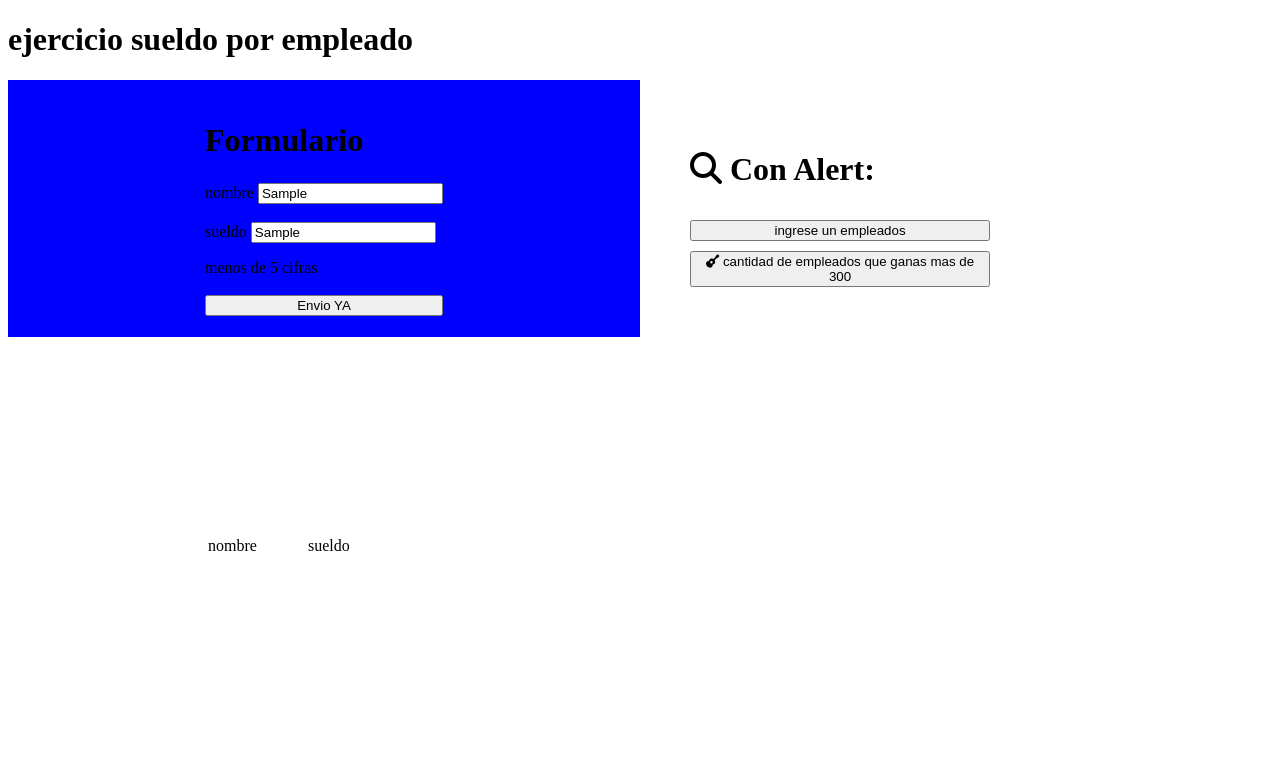
Repository: wolfmarcos/Ej-FormSesionEmpleados
Page: index.html
An editor plug-in stored every save of this project. The page is shown before and after the next save, followed by the edit.
The browser window is 1280 px wide. The pictures show the whole page.
Empty fields were first filled with sample values (such as "Sample", 5 or name@example.com).
After loading, the first visible `#form` was submitted once.
Some web libraries are served in a nearby version.

Above is the page before, as saved 2022-07-31 04:17:44.

### index.html
<!DOCTYPE html>
<html lang="en">

<head>
    <script src="https://kit.fontawesome.com/708068a0d3.js" crossorigin="anonymous"></script>
    <meta charset="UTF-8">
    <meta http-equiv="X-UA-Compatible" content="IE=edge">
    <meta name="viewport" content="width=device-width, initial-scale=1.0">
    <link rel="stylesheet" href="ej1.css">

    <title>Document</title>
</head>


    <h1>ejercicio sueldo por empleado</h1>
<header>



    <form  class="forms"  id="form" name="form" method="post">

    <h1>Formulario</h1>

    <div class="h">
        <leibel>nombre</leibel>
        <input id="nombres" type="text" maxlengt="10" placeholder="nombre" class="i"></imput>
        <p class="nota"></p>

    </div>
       <div class="h">

           <leibel>sueldo</leibel>
           <input id="sueldos" type="text" maxlengt="19" placeholder="sueldo" class="i" ></imput>
           <p class="nota"></p>

       </div>


        <input type="submit" value="Envio YA">
            <!-- <button type="submit" >ENVIAR</button> -->


    </form>





<div class="alet">

       <h1><i class="fa-solid fa-magnifying-glass"></i> Con Alert:</h1>

    <button id="agregarHTML">ingrese un empleados</button>

    <button id="empleadosMas300">
        <i class="fa-solid fa-guitar"></i>
        cantidad de empleados que ganas mas de 300 </button>



</div>




</header>
<main>
    <div class="contenedorR">
        <div>nombre</div>
        <div>sueldo</div>
        <div class="datos"></div>

    </div>

</main>
    <script src="ej1.js"></script>
</body>

<div>
    <br>




</div>



</html>

### ej1.css
header {
  display: grid;
  grid-template-columns: repeat(2, 1fr);

}

.contenedorR {
  display: grid;
  grid-template-columns: repeat(2, 100px);
  /* gap:10px */
  padding: 200px;
}

/* .ok .nota{display: none;} */
/* .ok letra{  border-bottom: solid 1px rgb(14, 148, 34);box-shadow: 1px 1px 3px 1px green;} */


/* .b input{border-bottom: solid 2px rgb(0, 0, 0)} */

.forms {
  display: grid;
  justify-content: center;
  align-items: center;
background-color: rgb(205, 255, 253);

}
/* .forms .nota{visibility: hidden;} */

/* .forms  .nota{  background-color: blueviolet;  } */
.alet {
  display: flex;
  flex-direction: column;
  /* align-items: flex-start */
  max-width: 300px;
  padding: 50px;
  gap: 10px;
}
 /* .d.h.nota{visibility: hidden;} */
/* .b.borde{border-bottom: solid 5px brown;} */
.d.h{
  background-color: blue;
  padding: 20px;
  margin: ;
  /* visibility: visible; */
  /* position: absolute;
  font-size: 20000px;
  font-weight: 500;
  text-align: right; */

}
.p.nota{visibility: visible;}


/* .forms.ok input {  border: 0.1px solid;  border-color: #08ffc8;} */
/* .agrega  {  background-color: blueviolet;  visibility: visible;  color:#e74c3c;} */

### ej1.js
// En una empresa trabajan n empleados cuyos  nombre y sueldo se carga por un formulario desde el celular. sueldos oscilan entre $100 y $500,
//  realizar un programa que lea los sueldos que cobra cada empleado e informe cuántos empleados cobran menos de  $200  en una tabla y mas de $300  en otra tabla
//  recuerde cargar los datos como  un nuevo objeto. Además el programa deberá informar el importe que gasta la empresa en sueldos total del personal.
let aprobados = 0;
let i = 0;
let repeticion = true;
resu = document.querySelector(".contenedorR2")

datos = document.querySelector(".datos")
// let arrayDesaprobados = []
const empleados = [];
let resud = "";
let nombres = document.querySelector("#nombres");
let sueldos = document.querySelector("#sueldos");

// reseteo
const forms=document.querySelector(".forms")

// email.conten(/\w+@+\./)

valdarCampos = (nombres,sueldos) => {


    let declaracion = true
    console.log(nombres.value)

    if (!nombres.value) {
        declaracion =  formNul(nombres, "llene los campos")
    }
    if (!sueldos.value) {
        declaracion = formNul(sueldos, "ingrese una cifra")
    } else {
        if (!isNaN(sueldos)) {
            declaracion = formNul(sueldos, "no es numero")
        }
    }
    if (sueldos.value.length > 4) {
        declaracion = formNul(sueldos, "menos de 5 cifras")
    }
       if (nombres.value.length > 10) {
        declaracion = formNul(nombres, "menos de 10 caracteres")
    }
    if (nombres.value.length < 3) {
        declaracion = formNul(nombres, "mas de 3 caracteres")
    }
    // if (nombre.test(".")) {alert("NO")}else{     error=1}
    if (/^[a-zA-Z0-9\_\-]{4,16}$/.test(nombres.value))
     {
        console.log("correcto"+/^[a-zA-Z0-9\_\-]{4,16}$/.test(nombres.value)) }
       else{ console.log("incorrecto:" + /^[a-zA-Z0-9\_\-]{4,16}$/.test(nombres.value));
        declaracion = formNul(nombres, "solo letra y numeros ")
    }
    console.log(declaracion)

    return (true == declaracion)
}

formNul = (inputs, error) => {
    const suPadre = inputs.parentElement
    const donde = suPadre.querySelector("p")
    // const errores=0  .agrega p
    donde.innerText = error;

    // donde.className = 'agrega'
    // donde.classList.add("agrega")
    suPadre.classList.add("p")
    return false
}
// // const remover=document.querySelector(".forms div")
// let nr2=remover[0].children
// let nr1=remover[1].children




forms.addEventListener("submit", (e) => {
    let verifica=true
    // nr1[1].classList.replace("borde","b")
    //  nr2[1].classList.replace("borde","b")
    // forms.classList.remove("p")
    forms.className = 'forms d h'

    //  forms.classList.add("p")
    // remover.classList.replace("borde","b")
    e.preventDefault();

     verifica = valdarCampos(nombres,sueldos);
    console.log("final :" + verifica)
    if (verifica) {
        nombre = nombres.value
        sueldo = sueldos.value


        //   empleados[i]=[nombre,sueldo,(i+"pepito") ] ;
        //  empleados[i].push(nombre,sueldo );


        //   localStorage
        empleados[i] = {
            nomebres: nombre,
            sueldos: sueldo,
            id: (i + "pepito")
        }
        sessionStorage.setItem(i, i++)
        sessionStorage.setItem('empleadoss', empleados)
        // repeticion=confirm("ingresar otro  empleado")
        //   Object.values()
        // empleados[0]=sessionStorage.getItem('empleadoss')


        console.log(empleados)
        console.log(sessionStorage.getItem(i))

        //  for (let cada of empleados){console.log(cada.sueldos);};
        //   localStorage.href="#"
        // location
        nombres.value="";
        sueldos.value="";
        // forms.classList.add("ok")
        // forms.classList.add("f")
    }
    // else {

    //     forms.classList.add("f")
    //   }








});







// let emp = new Empleados;
document.querySelector("#agregarHTML").addEventListener("click", (e) => {
    nombre = nombres.value
    sueldo = sueldos.value

    while (repeticion == true) {
        let nombre = prompt("empleado: ");
        let sueldo = parseInt(prompt("sueldo: "));
        //   empleados[i]=[nombre,sueldo,(i+"pepito") ] ;
        //  empleados[i].push(nombre,sueldo );
        empleados[i] = {
            nomebres: nombre,
            sueldos: sueldo,
            id: (i + "pepito")
        }
        i = i + 1;
        repeticion = confirm("ingresar otro  empleado")
    };
    //   Object.values()
    for (let cada of empleados) {
        console.log(cada.sueldos);
    };


});


// empleados.forEach( cada => console.log( cada["nomebres"]));


document.querySelector("#empleadosMas300").addEventListener("click", (e) => {
    console.log(typeof empleados[0].sueldos)
    const emas300 = empleados.filter((x) => x.sueldos > 300)
    console.log(emas300)
    for (let cada of emas300) {
        console.log(cada[1]);
    };


    for (n of emas300) {
        resud += `<div>${n.nomebres}</div>  <div>${n.sueldos}</div>`
        // '<div>'+n.nomebres+'</div>'+'<div>'+n.sueldos+'</div>'

        //     <div>${n.nomebres}</div>
        //      <div>${n.sueldos}</div>

        console.log(resud)

    }

    // datos.outerHTML=
    // `<div class="contenedorR">
    // <div>nombre</div>
    // <div>sueldo</div>
    // ${resud}
    // </div>`

    datos.outerHTML = resud;



})



// let sueldo= parseFloat(prompt("suldo: "));
//  new emp(nombre,sueldo)

// console.log("aprobaron: " + aprobados)
// console.log(arrayAprobados);
// console.log("desaprobaron: " + desaprobados)
// console.log(arrayDesaprobados);

After the next save:
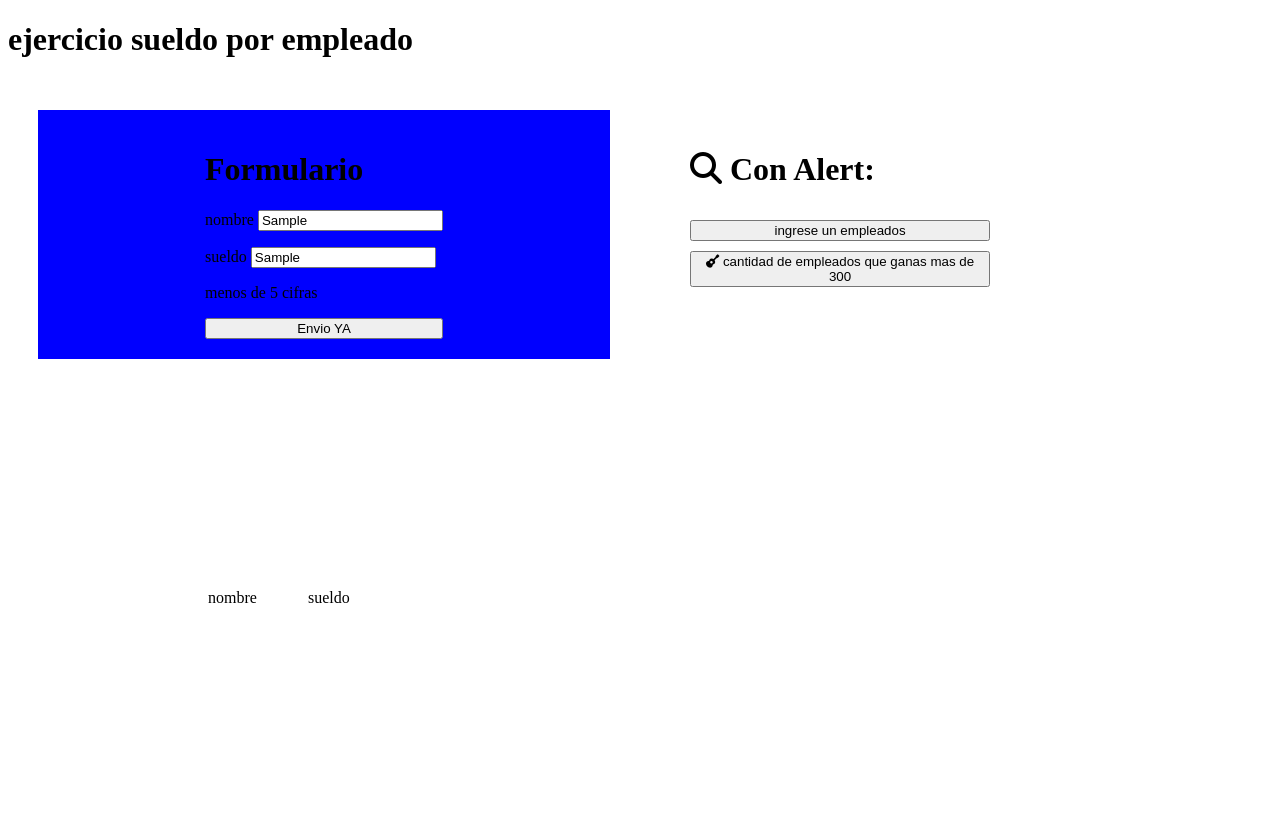
Saved 4 s later.
--- a/ej1.css
+++ b/ej1.css
@@ -40,7 +40,7 @@ background-color: rgb(205, 255, 253);
 .d.h{
   background-color: blue;
   padding: 20px;
-  margin: ;
+  margin: 30px;
   /* visibility: visible; */
   /* position: absolute;
   font-size: 20000px;
